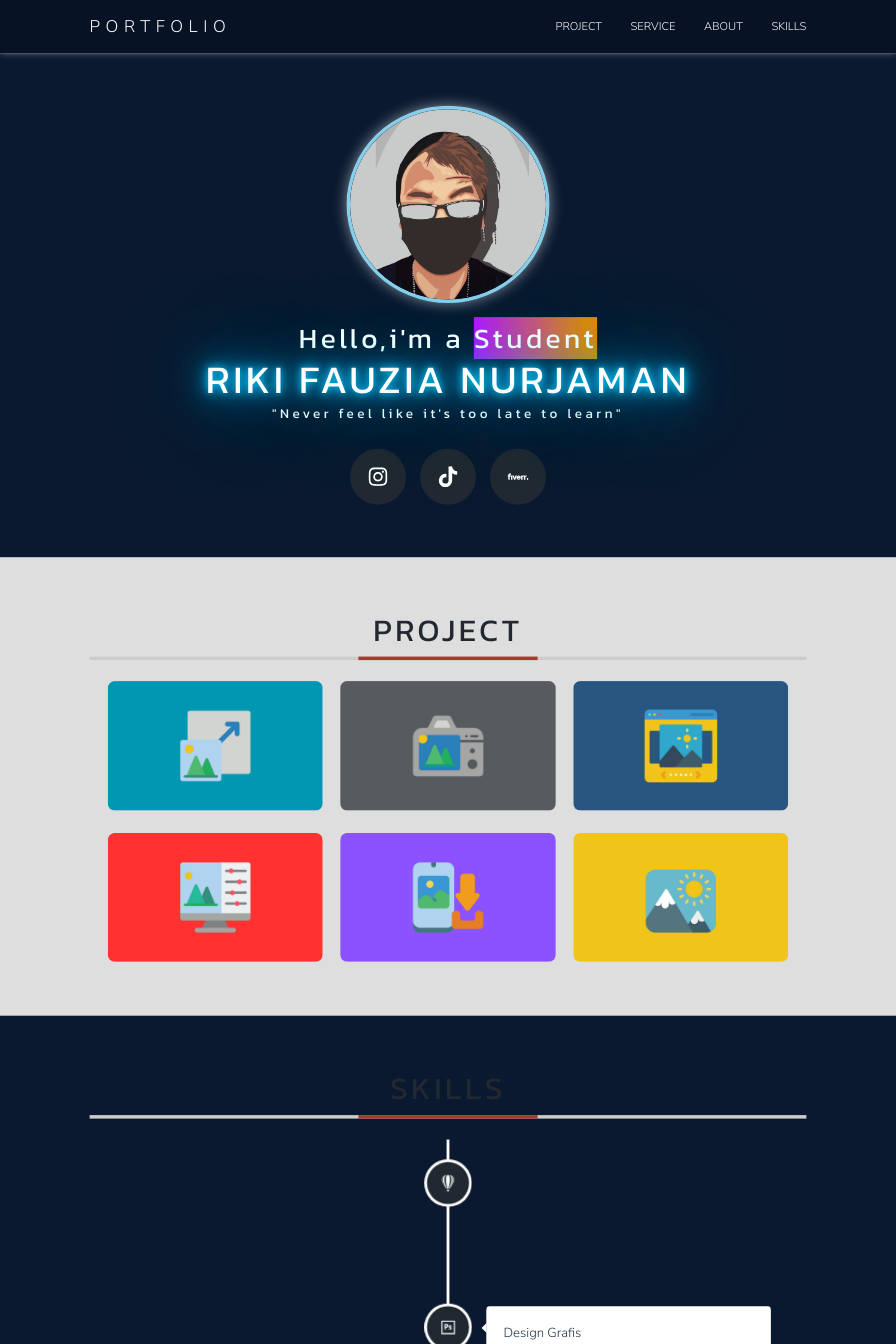
Repository: sellayspy/Portofolio
Page: /
The author's editor kept a copy of each file at every save. The page is drawn from the files as they stood at one save, then again after the next save.
The browser window is 1280 px wide. The pictures show the part of the page from y = 0 to 1920 px (the page is 3848 px tall), at 70% of full size.
The project was rebuilt for these pictures with package versions that can differ from the ones it lists, and the page was loaded fresh each time. Also part of the build but not shown: vite.config.js, src/styles/DetailPortfolio.css, src/components/ScrollToTop.jsx, src/pages/DetailPortfolio.jsx, src/pages/PagesNotFound.jsx.

Above is the page before, as saved 2024-09-15 12:35:25.

After the next save:
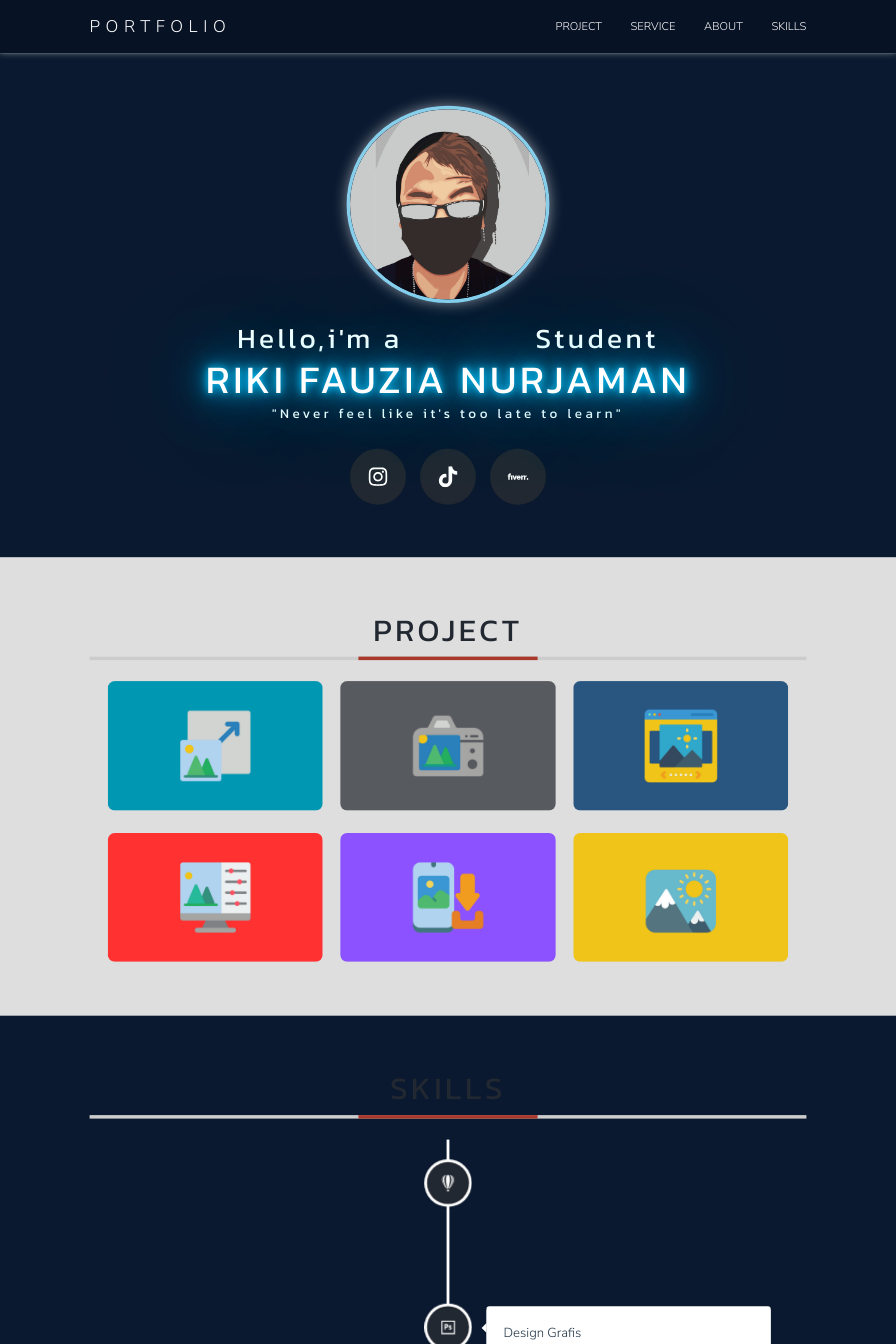
Saved 33 s later.
--- a/src/styles/Header.css
+++ b/src/styles/Header.css
@@ -26,6 +26,7 @@ header {
   box-shadow: 0px 0px 20px rgba(255, 255, 255, 0.5);
 }
 
+
 .header-jumbotron > .header-text > h4 {
   color: #fff;
   margin: 20px 0px 0px 0px;
@@ -33,12 +34,30 @@ header {
   font-size: 2.5rem;
 }
 
+  /* background: linear-gradient(270deg, #df8908 10%, #b415ff 100%); */
+
 .header-jumbotron > .header-text > h4 > span {
   position: relative;
 }
 
-.sec-text {
-  background: linear-gradient(270deg, #df8908 10%, #b415ff 100%);
+.header-jumbotron > .header-text > h4 > span::before {
+  content: "Student";
+
+  background-clip: text;
+  -webkit-background-clip: text;
+  -webkit-text-fill-color: transparent;
+  animation: words 20s infinite;
+}
+
+.header-jumbotron > .header-text > h4 > span::after {
+  content: "";
+  position: absolute;
+  width: calc(100% + 8px);
+  height: 100%
+  background-color: #2f3542;
+  border-left: 2px solid #ff7f50;
+  right: -8px;
+  animation: cursor .8s infinite, typing 20s steps(14) infinite;
 }
 
 .header-jumbotron > .header-text > h3 {
